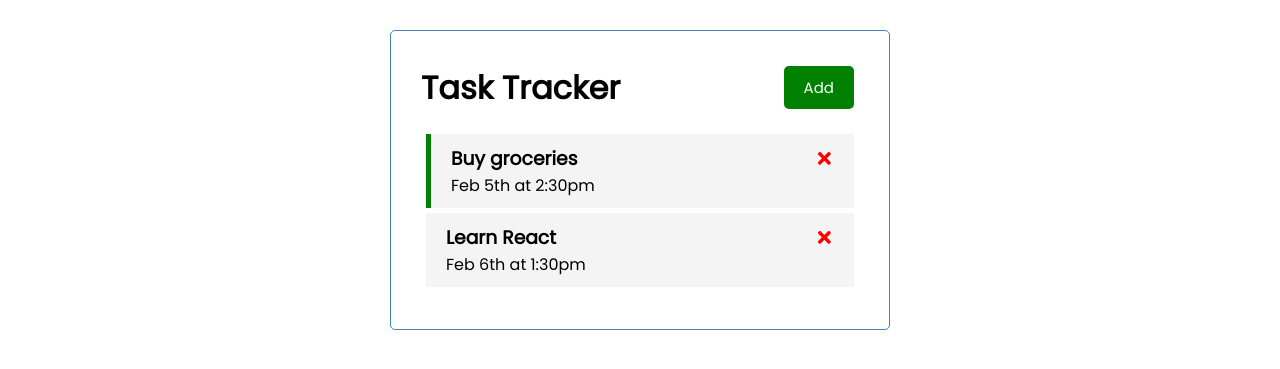
Repository: Samkiroko/task-tracker-app
Page: /
An editor plug-in stored every save of this project. The page is shown before and after the next save, followed by the edit.
The browser window is 1280 px wide. The pictures show the whole page.
The project was rebuilt for these pictures with package versions that can differ from the ones it lists, and the page was loaded fresh each time. Also part of the build but not shown: src/components/AddTask.js.

Above is the page before, as saved 2021-08-04 22:52:11.

### public/index.html
<!DOCTYPE html>
<html lang="en">

<head>
    <meta charset="utf-8" />
    <link rel="icon" href="%PUBLIC_URL%/favicon.ico" />
    <meta name="viewport" content="width=device-width, initial-scale=1" />
    <meta name="theme-color" content="#000000" />
    <meta name="description" content="Web site created using create-react-app" />
    <link rel="apple-touch-icon" href="%PUBLIC_URL%/logo192.png" />

    <link rel="manifest" href="%PUBLIC_URL%/manifest.json" />

    <title>Task tracker App</title>
</head>

<body>
    <div id="root"></div>
</body>

</html>

### src/index.css
@import url('https://fonts.googleapis.com/css2?family=Poppins:wght@300;400&display=swap');
* {
    box-sizing: border-box;
    margin: 0;
    padding: 0;
}

body {
    font-family: 'Poppins', sans-serif;
}

.container {
    max-width: 500px;
    margin: 30px auto;
    overflow: auto;
    min-height: 300px;
    border: 1px solid steelblue;
    padding: 30px;
    border-radius: 5px;
}

.header {
    display: flex;
    justify-content: space-between;
    align-items: center;
    margin-bottom: 20px;
}

.btn {
    display: inline-block;
    background: #000;
    color: #fff;
    border: none;
    padding: 10px 20px;
    margin: 5px;
    border-radius: 5px;
    cursor: pointer;
    text-decoration: none;
    font-size: 15px;
    font-family: inherit;
}

.btn:focus {
    outline: none;
}

.btn:active {
    transform: scale(0.98);
}

.btn-block {
    display: block;
    width: 100%;
}

.task {
    background: #f4f4f4;
    margin: 5px;
    padding: 10px 20px;
    cursor: pointer;
}

.task.reminder {
    border-left: 5px solid green;
}

.task h3 {
    display: flex;
    align-items: center;
    justify-content: space-between;
}

.add-form {
    margin-bottom: 40px;
}

.form-control {
    margin: 20px 0;
}

.form-control label {
    display: block;
}

.form-control input {
    width: 100%;
    height: 40px;
    margin: 5px;
    padding: 3px 7px;
    font-size: 17px;
}

.form-control-check {
    display: flex;
    align-items: center;
    justify-content: space-between;
}

.form-control-check label {
    flex: 1;
}

.form-control-check input {
    flex: 2;
    height: 20px;
}

footer {
    margin-top: 30px;
    text-align: center;
}

### src/App.js
import { useState } from 'react';
import AddTask from './components/AddTask';
import Header from './components/Header';
import Task from './components/Tasks';

function App() {
  const [showAddTask, setShowAddTask] = useState(false);
  const [tasks, setTasks] = useState([
    {
      id: 1,
      text: 'Buy groceries',
      day: 'Feb 5th at 2:30pm',
      reminder: true,
    },
    {
      id: 2,
      text: 'Learn React',
      day: 'Feb 6th at 1:30pm',
      completed: false,
    },
  ]);

  // Add Task
  const addTask = (task) => {
    const id = Math.floor(Math.random() * 10000) + 1;
    const newTask = {
      id,
      ...task,
    };
    setTasks([...tasks, newTask]);
  };

  // Delete Task
  const deleteTask = (id) => {
    setTasks(tasks.filter((task) => task.id !== id));
  };

  //  Toggle reminder
  const toggleReminder = (id) => {
    setTasks(
      tasks.map((task) =>
        task.id === id ? { ...task, reminder: !task.reminder } : task,
      ),
    );
  };

  return (
    <div className="container">
      <Header
        title="Task Tracker"
        onAdd={() => setShowAddTask(!showAddTask)}
        showAdd={showAddTask}
      />
      {showAddTask && <AddTask onAdd={addTask} />}
      {tasks.length > 0 ? (
        <Task tasks={tasks} onDelete={deleteTask} onToggle={toggleReminder} />
      ) : (
        <div>No Tasks</div>
      )}
    </div>
  );
}

export default App;

### src/components/Header.js
import React from 'react';
import Button from './Button';

const Header = ({ title, onAdd, showAdd }) => {
  return (
    <header className="header">
      <h1>{title}</h1>
      <Button
        color={showAdd ? 'red' : 'green'}
        text={showAdd ? 'Close' : 'Add'}
        onClick={onAdd}
      />
    </header>
  );
};

export default Header;

### src/components/Tasks.js
import Task from './Task';

const Tasks = ({ tasks, onDelete, onToggle }) => {
  return (
    <>
      {tasks.map((task) => (
        <Task
          key={task.id}
          task={task}
          onDelete={onDelete}
          onToggle={onToggle}
        />
      ))}
    </>
  );
};

export default Tasks;

### src/components/Button.js
import PropTypes from 'prop-types';
import React from 'react';

const Button = ({ color, text, onClick }) => {
  return (
    <button
      onClick={onClick}
      style={{ backgroundColor: color }}
      className="btn">
      {text}
    </button>
  );
};

Button.defaultProps = {
  color: 'steelblue',
};

Button.propTypes = {
  color: PropTypes.string,
  text: PropTypes.string,
  onClick: PropTypes.func,
};

export default Button;

### src/components/Task.js
import React from 'react';
import { FaTimes } from 'react-icons/fa';

const Task = ({ task, onDelete, onToggle }) => {
  return (
    <div
      className={`task ${task.reminder ? 'reminder' : ''}`}
      onDoubleClick={() => onToggle(task.id)}>
      <h3>
        {task.text}
        <FaTimes
          style={{ color: 'red', cursor: 'pointer' }}
          onClick={() => onDelete(task.id)}
        />
      </h3>
      <p>{task.day}</p>
    </div>
  );
};

export default Task;

Loaded but not shown: src/index.js (common file)

After the next save:
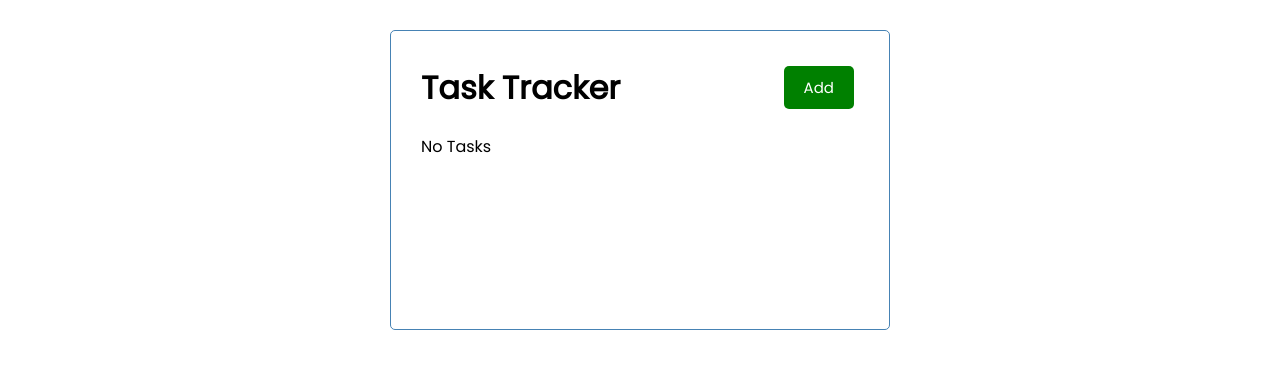
Saved 100 s later.
--- a/src/App.js
+++ b/src/App.js
@@ -5,20 +5,7 @@ import Task from './components/Tasks';
 
 function App() {
   const [showAddTask, setShowAddTask] = useState(false);
-  const [tasks, setTasks] = useState([
-    {
-      id: 1,
-      text: 'Buy groceries',
-      day: 'Feb 5th at 2:30pm',
-      reminder: true,
-    },
-    {
-      id: 2,
-      text: 'Learn React',
-      day: 'Feb 6th at 1:30pm',
-      completed: false,
-    },
-  ]);
+  const [tasks, setTasks] = useState([]);
 
   // Add Task
   const addTask = (task) => {
